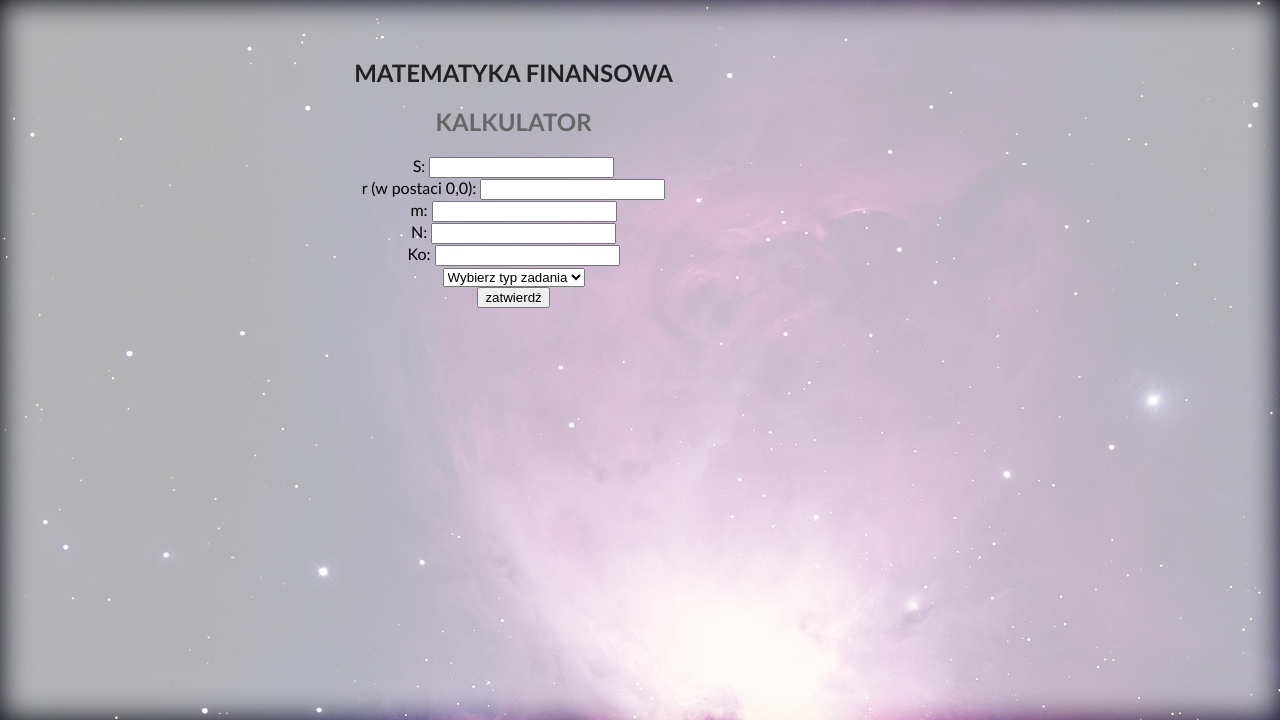
Repository: ravkita/MFCalc
Page: index.html
An editor plug-in stored every save of this project. The page is shown before and after the next save, followed by the edit.
The browser window is 1280 px wide. The pictures show the whole page.

Above is the page before, as saved 2021-04-12 19:30:14.

### index.html
<!DOCTYPE html>
<html lang="en">
<head>
    <meta charset="UTF-8">
    <meta http-equiv="X-UA-Compatible" content="IE=edge">
    <meta name="viewport" content="width=device-width, initial-scale=1.0">
    <title>Kalkulator</title>

    <style type="text/css">
        body{
            font-family: 'Gill Sans', 'Gill Sans MT', Calibri, 'Trebuchet MS', sans-serif;
            background-image: url('bg.jpg');
        }
        .popout{
            width: 80%;
            height: 90vh;
        }
        .popout .bg{
            width: 100%;
            height: 100%;
            background: rgba(255, 255, 255, 0.7);
            filter: blur(15px);
            position: absolute;
            top: 0;
            left: 0;
            z-index: -1;
        }
        .header{
            width: 100%;
            display: flex;
            flex-direction: column;
            justify-content: center;
            align-items: center;
        }
        .title{
            color: #222;
            margin-top: 50px;
            margin-bottom: 10px;
        }
        .subtitle{
            margin-top: 10px;
            color: #666666;
        }

        #form{
            display: flex;
            flex-direction: column;
            justify-content: center;
            align-items: center;
        }
    </style>
</head>
<body>
    <section class="popout">
        <div class="bg"></div>
        <header class="header">
            <h1 class="title">MATEMATYKA FINANSOWA</h1>
        <h2 class="subtitle">KALKULATOR</h2>
        </header>
        <form action="" id="form">
            <div class="formItem"><label for="S">S:</label> <input type="number" name="S" class="s"></div>
            <div class="formItem"><label for="r">r (w postaci 0,0):</label> <input type="number" name="r" class="r"></div>
            <div class="formItem"><label for="m">m:</label> <input type="number" name="m" class="m"></div>
            <div class="formItem"><label for="N">N:</label> <input type="number" name="N" class="N"></div>
            <div class="formItem"><label for="Ko">Ko:</label> <input type="number" name="Ko" class="Ko"></div>
            <div class="formItem">
                <select name="type" id="typ">
                <option default>Wybierz typ zadania</option>
                <option value="1">zmienna rata</option>
                <option value="2">zmienne płatności</option>
                <option value="3">narastanie kapitału</option>
            </select>
        </div>
            <input type="button" name="confirm" id="confirm" value="zatwierdź">
        </form>
        <div class="result">

        </div>
    </section>
    <script type="text/javascript">
        let s;
        let r;
        let m;
        let N;
        let q;
        let a;
        let Ko;
        let Sn = [];

        // RATY


        function rataStała(){
            const el = document.createElement("p");
            let t = s/(m*N);
            el.innerText = `T: ${t}`;
            document.querySelector('.result').appendChild(el);
        }
        function rataZmienna(){
            let tn = [];
            let sumaTn = 0;
                for(let i = 1; i<=N*m; i++){
                    const el = document.createElement("p");
                    tn[i-1] = s*((Math.pow(q, i) - Math.pow(q, i-1))/(Math.pow(q, m*N) - 1));
                    sumaTn += tn[i-1];
                    el.innerText = `T${i}: ${tn[i-1]}`;
                    document.querySelector('.result').appendChild(el);
                }
                const suma = document.createElement("p");
            suma.innerText = `Suma rat: ${sumaTn}`;
            document.querySelector('.result').appendChild(suma);
        }

        //KWOTA PŁATNOŚCI

        function kwotaPlatnosciStala(){
            const el = document.createElement("p");
            a = s*Math.pow(q, m*N)*((q-1)/(Math.pow(q, m*N)-1));
            el.innerText = `A: ${a}`;
            document.querySelector('.result').appendChild(el);
        }
        function kwotaPlatnosciZmienna(){
            for(let i = 1; i<=N*m; i++){
                const el = document.createElement("p");
                let an = (s/(N*m))*[1+((N*m)-i+1)*(r/m)];
                el.innerText = `A${i}: ${an}`;
                document.querySelector('.result').appendChild(el);
            }
        }

        // ODSETKI
        function odsetkiPrzyStalejRacie(){
            let sumaOs = 0;
            for(let i = 1; i<=N*m; i++){
                const el = document.createElement("p");
                let On = s*[1-((i-1)/(N*m))]*(r/m);
                sumaOs += On;
                el.innerText = `O${i}: ${On}`;
                document.querySelector('.result').appendChild(el);
            }
            const suma = document.createElement("p");
            suma.innerText = `Suma odsetek: ${sumaOs}`;
            document.querySelector('.result').appendChild(suma);
        }

        function odsetkiPrzyStalejKwocie(){
            saldoPrzyStałejKwocie();
            let On
            let sumaO = 0;
            for(let i = 1; i<=N*m; i++){
                const el = document.createElement("p");
                if(i === 1){
                     On = s*(r/m);
                     sumaO += On;
                }else{
                     On = Sn[i-2]*(r/m);
                     sumaO += On;
                }

                el.innerText = `O${i}: ${On}`;
                document.querySelector('.result').appendChild(el);
            }
            const suma = document.createElement("p");
            suma.innerText = `Suma odsetek: ${sumaO}`;
            document.querySelector('.result').appendChild(suma);
        }


        //SALDO
        function saldoPrzyStałejKwocie(){
            kwotaPlatnosciStala();
            for(let i = 1; i<=N*m; i++){
                const el = document.createElement("p");
                Sn[i-1] = s*(Math.pow((1+(r/m)), i)) - a*((Math.pow((1+(r/m)), i)-1)/((1+(r/m))-1));
                el.innerText = `S${i}: ${Sn[i-1]}`;
                document.querySelector('.result').appendChild(el);
            }
        }

        function saldoPrzyStałejRacie(){
            for(let i = 1; i<=N*m; i++){
                const el = document.createElement("p");
                let SnS = s*(1-(i/(N*m)));
                el.innerText = `S${i}: ${SnS}`;
                document.querySelector('.result').appendChild(el);
            }
        }


        //NARASTANIE KAPITAŁU

        function narastanieKapitału(){
            for(let i = 1; i<=N; i++){
                const el = document.createElement("p");
                let Kn = Ko*(Math.pow((1+(r/m)), i*m));
                el.innerText = `K${i}: ${Kn}`;
                document.querySelector('.result').appendChild(el);
            }
        }



        function getData(){
            document.getElementById('confirm').addEventListener('click', (e) =>{
                s = document.querySelector('.s').value;
                r = document.querySelector('.r').value;
                m = document.querySelector('.m').value;
                N = document.querySelector('.N').value;
                Ko = document.querySelector('.Ko').value;
                q = 1+(r/m);
                let type = document.querySelector('#typ').value;
                document.querySelector('.result').innerHTML="";

                switch (type){
                    case "1":
                    rataZmienna();
                    kwotaPlatnosciStala();
                    odsetkiPrzyStalejKwocie()
                    break;
                    case "2":
                    rataStała();
                    kwotaPlatnosciZmienna();
                    odsetkiPrzyStalejRacie();
                    saldoPrzyStałejRacie();
                    break;
                    case "3":
                    narastanieKapitału();
                }
            });
        }
        getData();
    </script>
</body>
</html>

After the next save:
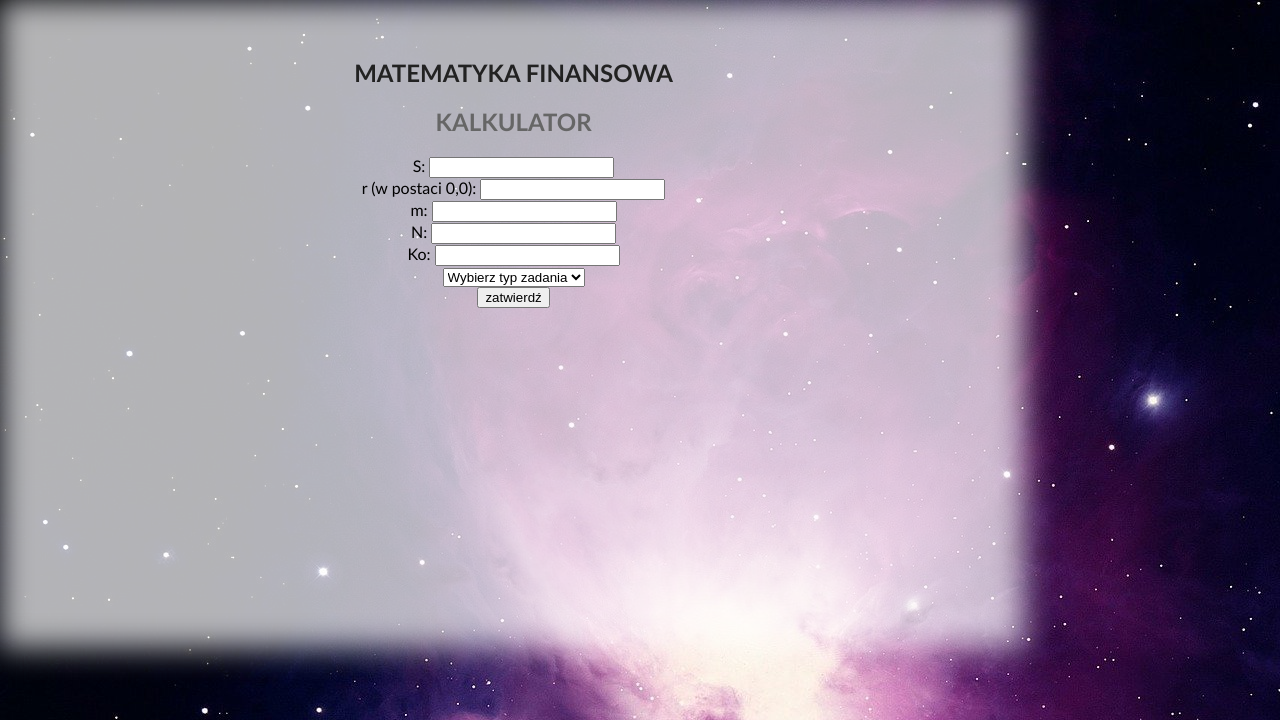
Saved 45 s later.
--- a/index.html
+++ b/index.html
@@ -16,8 +16,8 @@
             height: 90vh;
         }
         .popout .bg{
-            width: 100%;
-            height: 100%;
+            width: 80%;
+            height: 90vh;
             background: rgba(255, 255, 255, 0.7);
             filter: blur(15px);
             position: absolute;
